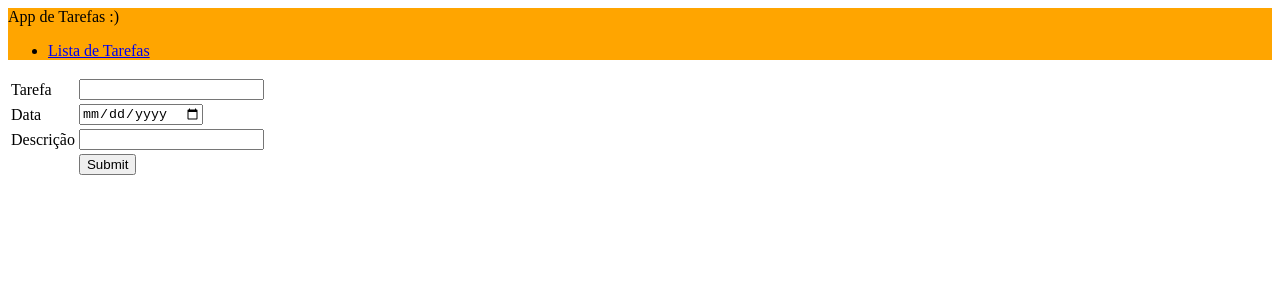
Repository: sophiaks/CRUD
Page: http://localhost/Projeto1/Views/adiciona.jsp
The author's editor kept a copy of each file at every save. The page is drawn from the files as they stood at one save, then again after the next save.
The browser window is 1280 px wide. The pictures show the whole page.
The page is served by Tomcat 9. Nobody is signed in. The application's start-up code is not run. Other server files are loaded and not shown.

Above is the page before, as saved 2020-09-22 15:35:46.

### WorkspaceP1/Projeto1/WebContent/Views/adiciona.jsp
<%@ page language="java" contentType="text/html; charset=ISO-8859-1"
    pageEncoding="ISO-8859-1"%>
<%@ taglib uri="http://java.sun.com/jsp/jstl/core" prefix="c" %>
<%@ taglib uri="http://java.sun.com/jsp/jstl/fmt" prefix="fmt" %>
<%@ page import="java.util.*, br.edu.insper.*" %>


<!DOCTYPE html>
<html>
<head>
<meta charset="ISO-8859-1">
<title>Tarefa</title>
</head>

<body>
	<header>
		<nav class="navbar navbar-expand-md navbar-dark"
		style="background-color: orange">
		<div>
			App de Tarefas :)
		</div>
		<ul>
			<li><a href="<%=request.getContextPath()%>/Views/lista.jsp">Lista de Tarefas</a></li>
		</ul>


		</nav>
	</header>
	<form action="adiciona" method="post">
		<table>
			<tr>
				<td>Tarefa</td>
				<td><input type="text" name="tarefa"></td>
			</tr>
			<tr>
				<td>Data</td>
				<td><input type="date" name="entrega"></td>
			</tr>
			<tr>
				<td>Descrição</td>
				<td><input type="text" name="descricao"></td>
			</tr>
			<tr>
			<td></td>
			<td><input type="submit" name="ok"></td>
			</tr>
		</table>
	</form>
	<br />



</body>
</html>

After the next save:
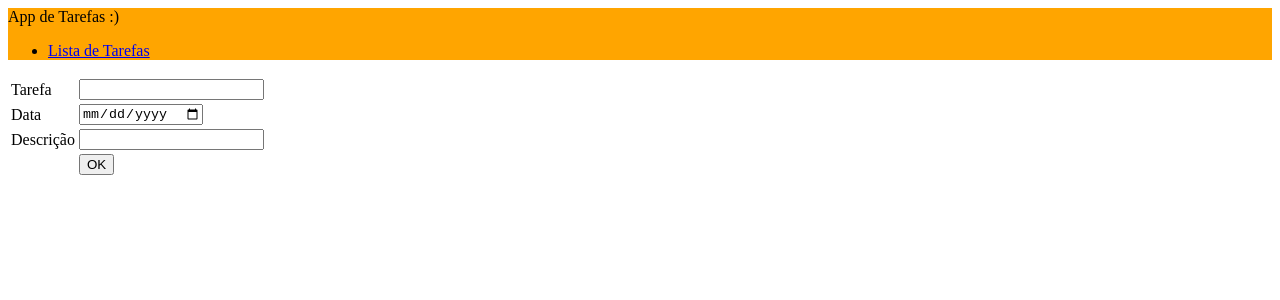
Saved 9 min 33 s later.
--- a/WorkspaceP1/Projeto1/WebContent/Views/adiciona.jsp
+++ b/WorkspaceP1/Projeto1/WebContent/Views/adiciona.jsp
@@ -42,7 +42,7 @@
 			</tr>
 			<tr>
 			<td></td>
-			<td><input type="submit" name="ok"></td>
+			<td><input type="submit" value="OK"></td>
 			</tr>
 		</table>
 	</form>
